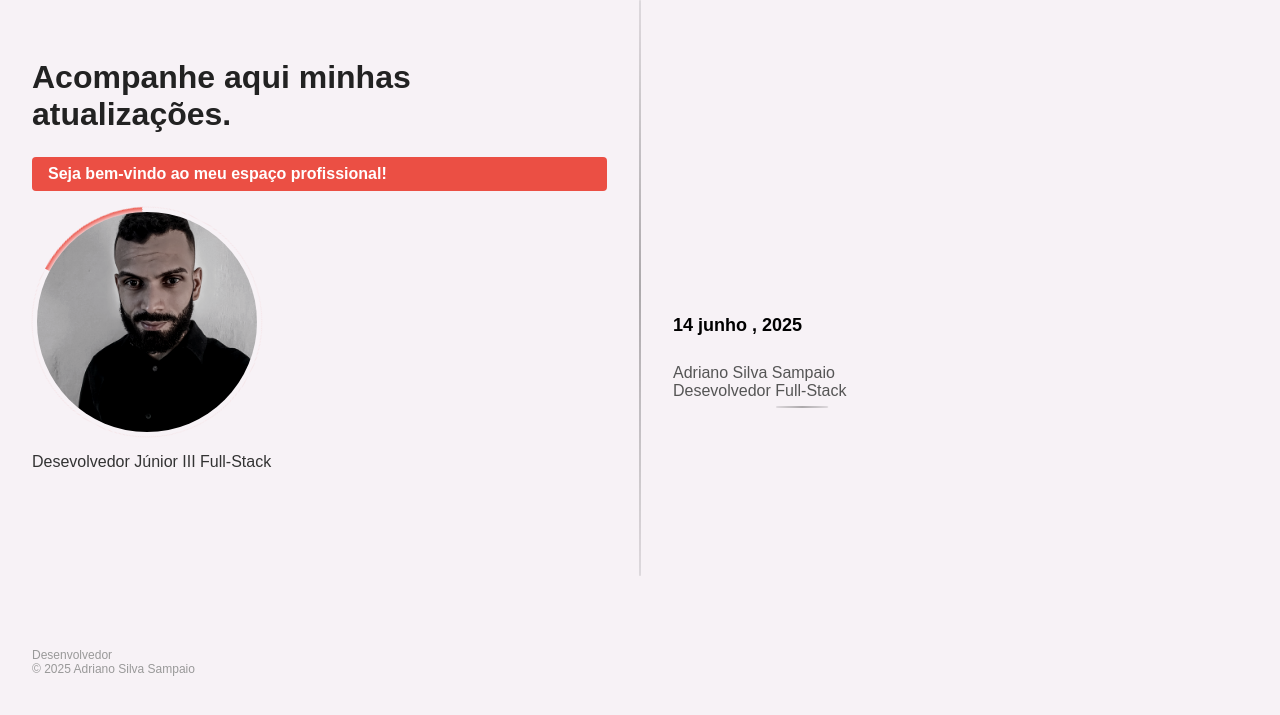
Repository: umdevadriano/portifolio2025
Page: /
An editor plug-in stored every save of this project. The page is shown before and after the next save, followed by the edit.
The browser window is 1280 px wide. The pictures show the whole page.
The project was rebuilt for these pictures with package versions that can differ from the ones it lists, and the page was loaded fresh each time. Also part of the build but not shown: vite.config.ts.

Above is the page before, as saved 2025-06-18 21:07:31.

### index.html
<!doctype html>
<html lang="en">
  <head>
    <meta charset="UTF-8" />
    <!-- <link rel="icon" type="image/svg+xml" href="/vite.svg" /> -->
    <meta name="viewport" content="width=device-width, initial-scale=1.0" />
    <title>Adriano Silva Sampaio </title>
  </head>
  <body>
    <div id="root"></div>
    <script type="module" src="/src/main.tsx"></script>
  </body>
</html>

### src/App.tsx
import './App.css'
import ContainerPrincipal from './componentes/containerPrincipal/ContainerPrincipal'
function App() {
  return (
    <>
      <ContainerPrincipal/>
    </>
  )
}

export default App

### src/componentes/containerPrincipal/ContainerPrincipal.tsx
import styled, { createGlobalStyle } from 'styled-components';
import Cabecalho from '../cabecalho/Cabecalho';
function ContainerPrincipal() {
  const GlobalStyle = createGlobalStyle`
    *, *::before, *::after {
    box-sizing: border-box;
  }

    html, body {
      margin: 0;
      padding: 0;
      overflow-x: hidden;
      width: 100%;
    }
  `;

  const Principal = styled.div`
    display: flex;
    justify-content: center;
    width: 100%;
    height: 100vh;
    background-color: #f7f2f6;
    box-shadow: 0 4px 12px rgba(0, 0, 0, 0.1);
    font-family: 'Arial', sans-serif;
    overflow: hidden;
    margin: 0;
    padding: 0;
  `;

  return (
    <>
      <GlobalStyle />
      <Principal>
        <Cabecalho/>
      </Principal>
    </>
  )
}

export default ContainerPrincipal

### src/componentes/cabecalho/Cabecalho.tsx
import styled, { keyframes } from 'styled-components';
import foto from '../assets/foto2.png'
import Principal from '../Principal/Principal';
const data = new Date();
const dia = String(data.getDate()).padStart(2, '0');
const mes = data.toLocaleString('pt-BR', { month: 'long' });
const ano = data.getFullYear();

function Cabecalho() {

  // const Principal = styled.div`
  //   flex: 1;
  //   padding: 32px;
  //   display: flex;
  //   flex-direction: column;
  //   justify-content: center;
  // `;

  const Title = styled.h2`
    font-size: 32px;
    margin-bottom: 24px;
    color: #222;
  `;

  const Banner = styled.div`
    background-color: #eb4f44;
    color: white;
    padding: 8px 16px;
    font-weight: bold;
    font-size: 16px;
    display: inline-block;
    border-radius: 4px;
  `;


  const Role = styled.p`
    font-size: 16px;
    font-weight: 500;
    color: #333;
  `;

  const Footer = styled.p`
    font-size: 12px;
    color: #999;
    margin-top: auto;
  `;

 const Divider = styled.div`
  width: 2px;
  height: 80%;
  background: linear-gradient(
    to bottom,
    rgba(0, 0, 0, 0.1),
    rgba(0, 0, 0, 0.3),
    rgba(0, 0, 0, 0.1)
  );
  border-radius: 1px;
  position: relative;
  overflow: hidden;

  &::after {
    content: "";
    position: absolute;
    top: 0;
    left: 0;
    width: 100%;
    height: 100%;
    background: linear-gradient(
      to bottom,
      transparent 40%,
      rgba(255, 255, 255, 0.7) 50%,
      transparent 60%
    );
    animation: shine 3.8s linear infinite;
    pointer-events: none;
  }

  @keyframes shine {
    0% {
      transform: translateY(-100%);
    }
    100% {
      transform: translateY(100%);
    }
  }
`;


  const RightSide = styled.div`
    flex: 1;
    padding: 32px;
    display: flex;
    flex-direction: column;
    justify-content: center;
  `;


  const Date = styled.p`
    font-size: 18px;
    font-weight: bold;
    margin-bottom: 12px;
  `;


const Description = styled.p`
  font-size: 16px;
  color: #555;
  position: relative;
  padding-bottom: 8px;

  &::after {
    content: "";
    position: absolute;
    left: 0;
    bottom: 0;
    width: 100%;
    height: 2px;
    /* background: linear-gradient(
      to right,
      rgba(0, 0, 0, 0.1),
      rgba(0, 0, 0, 0.3),
      rgba(0, 0, 0, 0.1)
    ); */
    border-radius: 1px;
    overflow: hidden;
  }

  &::before {
    content: "";
    position: absolute;
    left: 0;
    bottom: 0;
    width: 9%;
    height: 2px;
       background: linear-gradient(
      to right,
      rgba(0, 0, 0, 0.1),
      rgba(0, 0, 0, 0.3),
      rgba(0, 0, 0, 0.1)
    );
    animation: shine 5.5s linear infinite alternate;
    border-radius: 1px;
    pointer-events: none;
  }

  @keyframes shine {
    0% {
      transform: translateX(-10%);
    }
    100% {
      transform: translateX(200%);
    }
  }
`;

const rotate = keyframes`
  0% {
    transform: rotate(0deg);
  }
  100% {
    transform: rotate(360deg);
  }
`;

// Wrapper da imagem com efeito de borda girando
const ProfileWrapper = styled.div`
  position: relative;
  width: 230px;
  height: 230px;
  display: flex;
  align-items: center;
  margin-top:1rem;
  justify-content: center;
`;

const SpinnerBorder = styled.div`
  position: absolute;
  width: 230px;
  height: 230px;
  border-radius: 50%;
  animation: ${rotate} 3s linear infinite;
  pointer-events: none;

  background: conic-gradient(
    #eb4f44 0deg 60deg,
    transparent 60deg 360deg
  );

  mask: radial-gradient(transparent 108px, #000 115px);
  -webkit-mask: radial-gradient(transparent 108px, #000 115px);

  box-shadow: 0 0 6px rgba(235, 79, 68, 0.5);
`;



const Profile = styled.img`
  width: 220px;
  height: 220px;
  border-radius: 50%;
  object-fit: cover;
  background-color: white;
  z-index: 1;

  filter: grayscale(60%) contrast(110%);
`;

  return (
    <>
      {/* <Principal> */}
       <Principal>
        <Title>Acompanhe aqui minhas atualizações.</Title>
        <Banner>Seja bem-vindo ao meu espaço profissional!</Banner>
        <ProfileWrapper>
          <SpinnerBorder />
          <Profile src={foto} alt="Foto de perfil" />
        </ProfileWrapper>

        <Role> Desevolvedor Júnior III Full-Stack </Role>
        <Footer>Desenvolvedor<br />© 2025 Adriano Silva Sampaio</Footer>
      {/* </Principal>   */}
     </Principal>
      <Divider />
      <RightSide>
        <Date>{dia}  {mes} , {ano} </Date>
        <Description>
          Adriano Silva Sampaio<br />
          Desevolvedor  Full-Stack
        </Description>
      </RightSide>

    </>


  )
}

export default Cabecalho

### src/componentes/Principal/Principal.tsx
import styled from 'styled-components';


  const Principal = styled.div`
    flex: 1;
    padding: 32px;
    display: flex;
    flex-direction: column;
    justify-content: center;
  `;

 export default Principal

Loaded but not shown: src/main.tsx (common file); src/App.css (no stored copy; drawn as an empty file); src/index.css (no stored copy; drawn as an empty file)

After the next save:
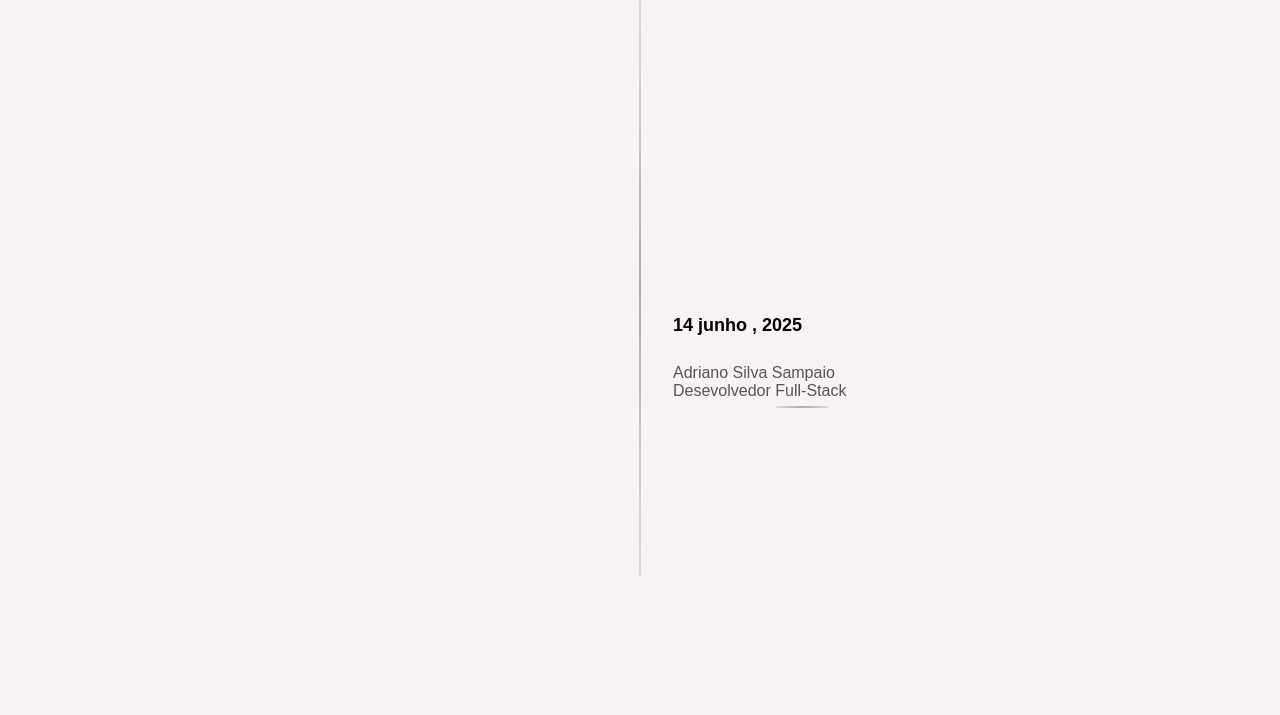
Saved 14 min 11 s later.
--- a/src/componentes/Principal/Principal.tsx
+++ b/src/componentes/Principal/Principal.tsx
@@ -1,12 +1,19 @@
 import styled from 'styled-components';
 
+function Principal() {
 
-  const Principal = styled.div`
-    flex: 1;
-    padding: 32px;
-    display: flex;
-    flex-direction: column;
-    justify-content: center;
-  `;
+    const Principal_div = styled.div`
+        flex: 1;
+        padding: 32px;
+        display: flex;
+        flex-direction: column;
+        justify-content: center;
+    `;
+    return (
+        <>
+        <Principal_div></Principal_div>
+        </>
+    )
+}
 
- export default Principal
+export default Principal
